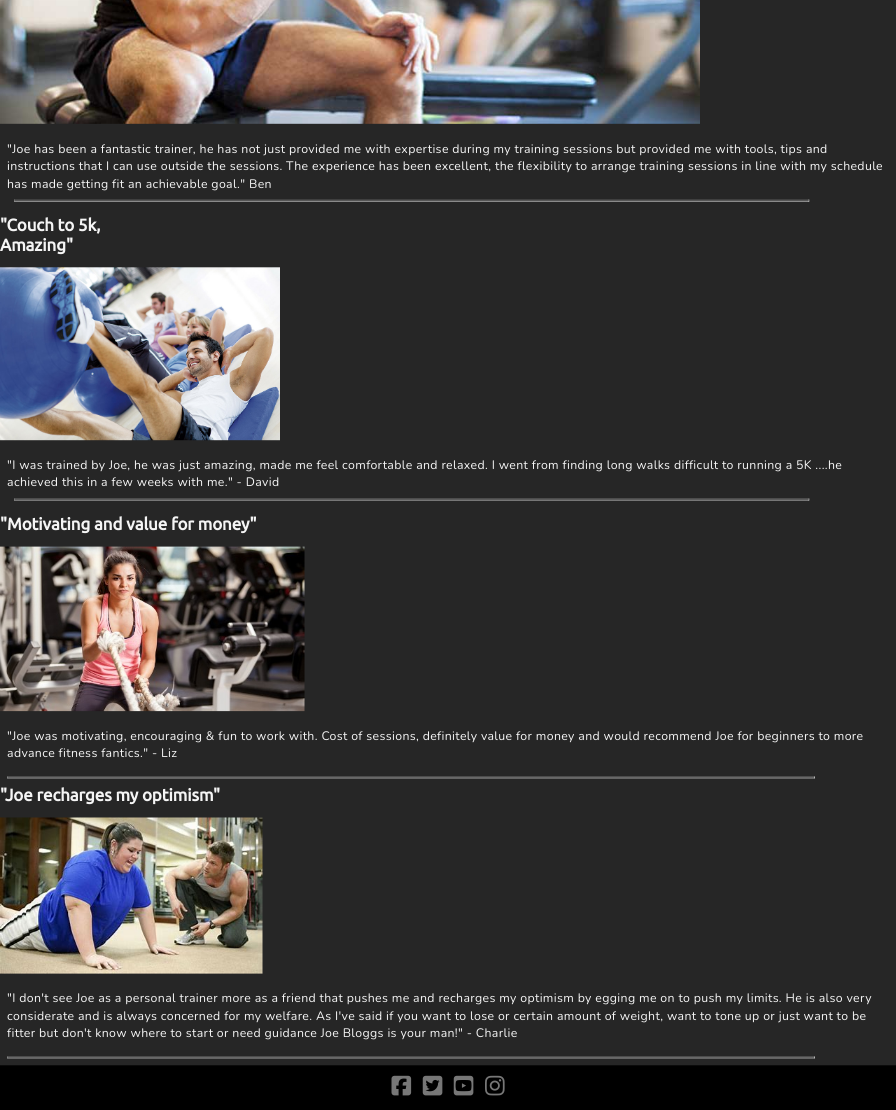
Repository: ClaireRoberts1403/Joe-Bloggs-Personal-Trainer
Page: html/reviews.html
The author's editor kept a record of every edit. The page is drawn from the files as they stood at one moment, then again after the next edit.
The browser window is 1280 px wide. The pictures show the part of the page from y = 2837 to 4757 px (the page is 4423 px tall before and 4757 px after), at 70% of full size.
A picture or video elsewhere on the page could not be fetched, so the positions and the page height are approximate. Some web fonts or font styles are not loaded; a fallback is used. Some web libraries are served in a nearby version.

Above is the page before.

After the next edit:
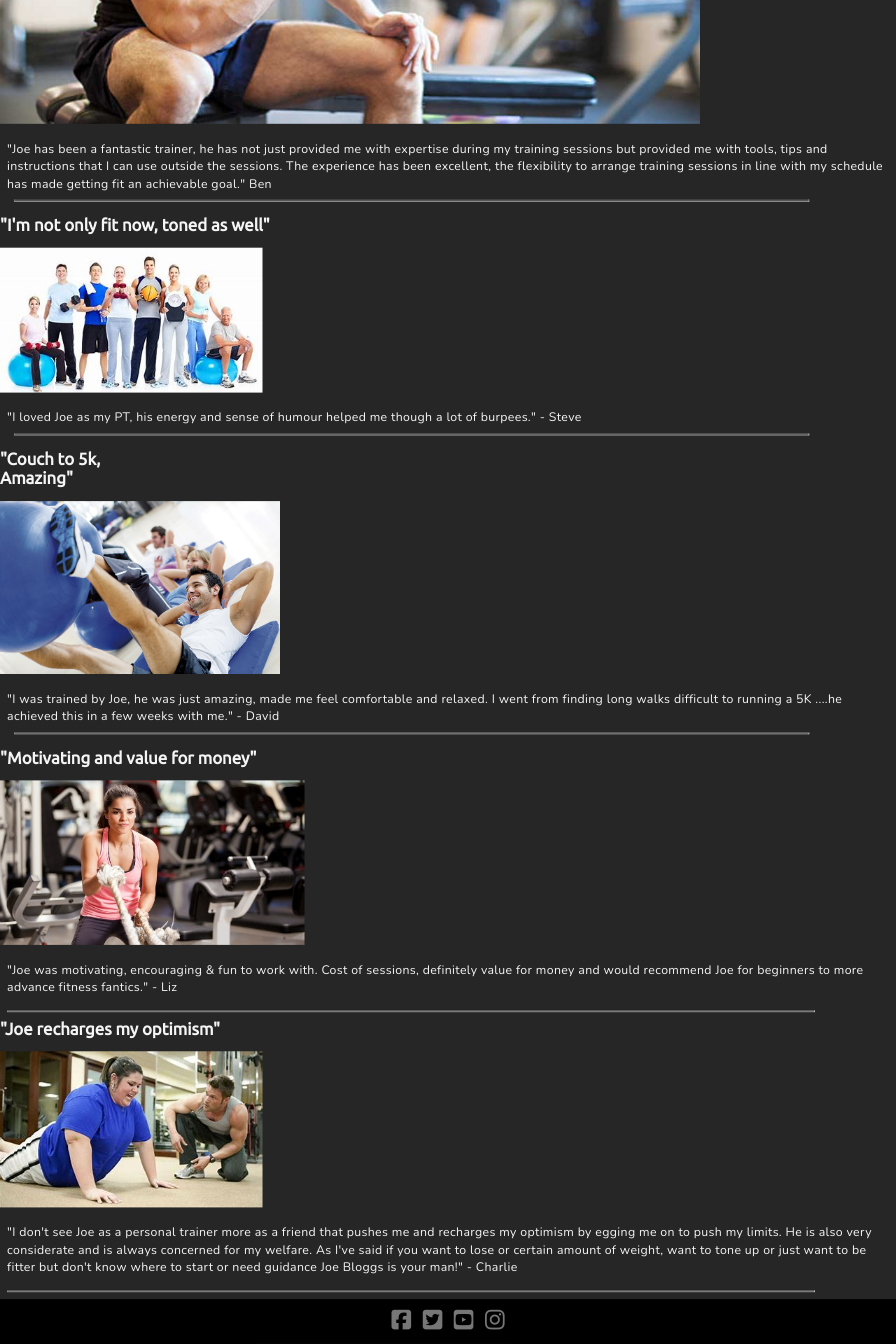
The edit:
--- a/html/reviews.html
+++ b/html/reviews.html
@@ -86,6 +86,14 @@
 						<hr>
 					</div>
 				</div>
+				<div id="reviewgallery">
+					<h2>"I'm not only fit now, toned as well"</h2>
+					<br>
+					<img src="../images/reviews/review7.jpg" alt="Client Image Not Available">
+					<div class="desc"> "I loved Joe as my PT, his energy and sense of humour helped me though a lot of burpees." - Steve
+						<hr>
+					</div>
+				</div>
 			</div>
 			<div class="column">
 				<div id="reviewgallery">
